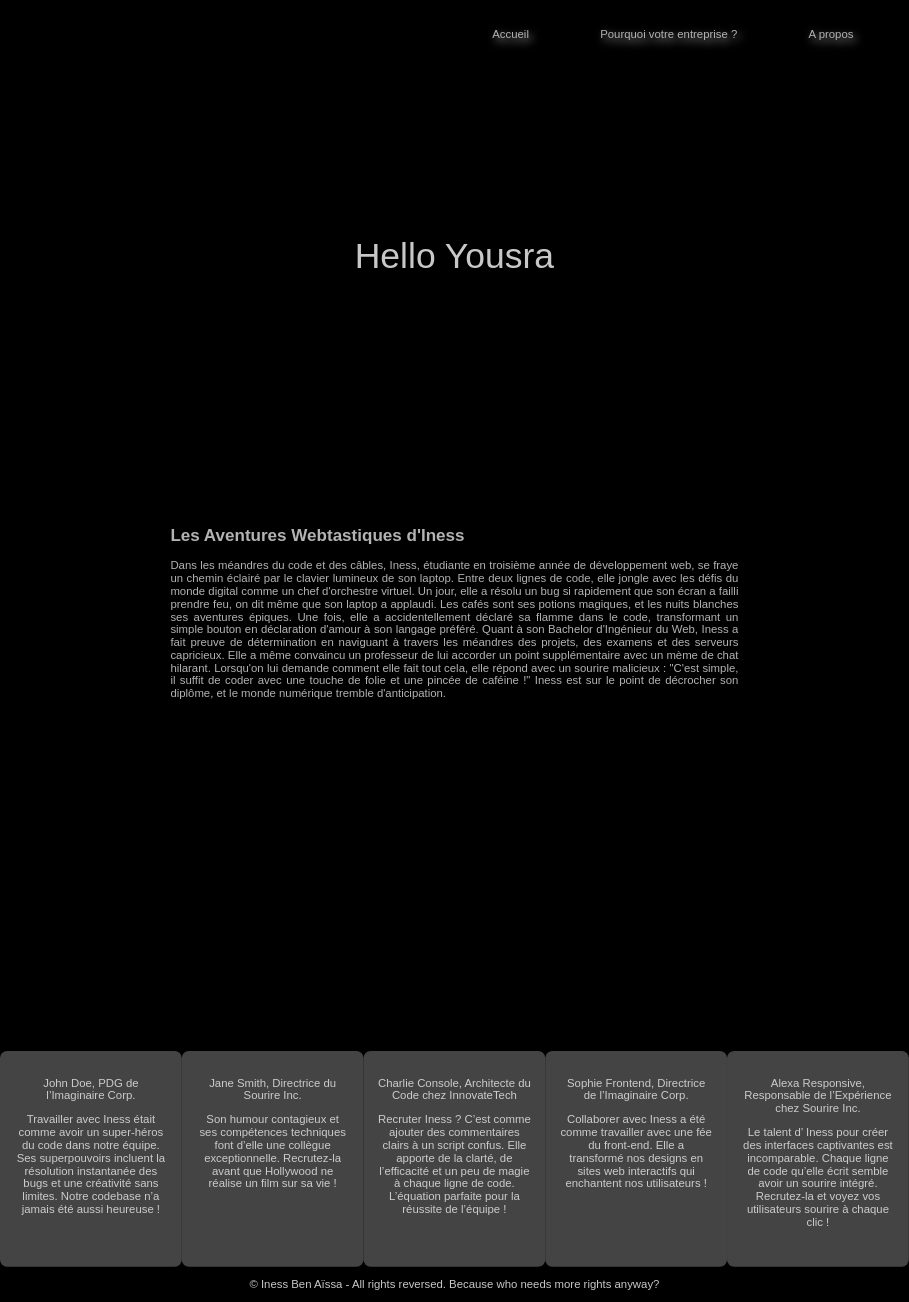
Repository: inessben/application
Page: index.html
These files come from the project's save history. The page is drawn as it stood at one moment and after the next save; the edit follows.
The browser window is 1280 px wide. The pictures show the whole page, at 71% of full size.

Above is the page before, as saved 2023-12-03 20:21:45.

### index.html
<!DOCTYPE html>
<html lang="en">
<head>
    <meta charset="UTF-8">
    <meta name="viewport" content="width=device-width, initial-scale=1.0">
    <!-- generate the icon -->
    <link rel="apple-touch-icon" sizes="180x180" href="/favicon/apple-touch-icon.png">
    <link rel="icon" type="image/png" sizes="32x32" href="/favicon/favicon-32x32.png">
    <link rel="icon" type="image/png" sizes="16x16" href="/favicon/favicon-16x16.png">
    <link rel="manifest" href="/favicon/site.webmanifest">
    <link rel="mask-icon" href="/favicon/safari-pinned-tab.svg" color="#5bbad5">
    <meta name="msapplication-TileColor" content="#da532c">
    <!--  -->
    <meta name="theme-color" content="#333333">
    <title>#slowlyApplication</title>
    <link rel="stylesheet" href="index.css">
</head>
<body>

    <section id="nav-header">
        <header class="nav-links">
            <a href="./index.html" class="link">Accueil</a>
            <a href="./company/company.html" class="link">Pourquoi votre entreprise ?</a>
            <a href="./about/about.html" class="link">A propos</a>
        </header>
    </section>

    <section id="interactive-section">
    <p id="text-content">Hello Yousra</p>
    </section>

    <section id="main-content">
        <h1>Les Aventures Webtastiques d'Iness</h1>
        <p>Dans les méandres du code et des câbles, Iness, étudiante en troisième année de développement web, se fraye un chemin éclairé par le clavier lumineux de son laptop. Entre deux lignes de code, elle jongle avec les défis du monde digital comme un chef d'orchestre virtuel. Un jour, elle a résolu un bug si rapidement que son écran a failli prendre feu, on dit même que son laptop a applaudi. Les cafés sont ses potions magiques, et les nuits blanches ses aventures épiques. Une fois, elle a accidentellement déclaré sa flamme dans le code, transformant un simple bouton en déclaration d'amour à son langage préféré.
        Quant à son Bachelor d'Ingénieur du Web, Iness a fait preuve de détermination en naviguant à travers les méandres des projets, des examens et des serveurs capricieux. Elle a même convaincu un professeur de lui accorder un point supplémentaire avec un mème de chat hilarant. Lorsqu'on lui demande comment elle fait tout cela, elle répond avec un sourire malicieux : "C'est simple, il suffit de coder avec une touche de folie et une pincée de caféine !" Iness est sur le point de décrocher son diplôme, et le monde numérique tremble d'anticipation.</p>
    </section>

    <section id="carousel-container">
        <section id="testimonial1">
            <p>John Doe, PDG de l’Imaginaire Corp.</p>
            <p>Travailler avec Iness était comme avoir un super-héros du code dans notre équipe. Ses superpouvoirs incluent la résolution instantanée des bugs et une créativité sans limites. Notre codebase n’a jamais été aussi heureuse !</p>
        </section>

        <section id="testimonial2">
            <p>Jane Smith, Directrice du Sourire Inc.</p>
            <p>Son humour contagieux et ses compétences techniques font d’elle une collègue exceptionnelle. Recrutez-la avant que Hollywood ne réalise un film sur sa vie !</p>
        </section>

        <section id="testimonial3">
            <p>Charlie Console, Architecte du Code chez InnovateTech</p>
            <p>Recruter Iness ? C’est comme ajouter des commentaires clairs à un script confus. Elle apporte de la clarté, de l’efficacité et un peu de magie à chaque ligne de code. L’équation parfaite pour la réussite de l’équipe !</p>
        </section>

        <section id="testimonial4">
            <p>Sophie Frontend, Directrice de l’Imaginaire Corp.</p>
            <p>Collaborer avec Iness a été comme travailler avec une fée du front-end. Elle a transformé nos designs en sites web interactifs qui enchantent nos utilisateurs !</p>
        </section>

        <section id="testimonial5">
            <p>Alexa Responsive, Responsable de l’Expérience chez Sourire Inc.</p>
            <p>Le talent d’ Iness pour créer des interfaces captivantes est incomparable. Chaque ligne de code qu’elle écrit semble avoir un sourire intégré. Recrutez-la et voyez vos utilisateurs sourire à chaque clic !</p>
        </section>

        <section id="testimonial6">
            <p>Ethan Design, Artisan du Code chez Codeville</p>
            <p>Iness est l’architecte de notre esthétique numérique. Ses compétences front-end transforment nos idées en expériences visuelles mémorables. Ses animations en front-end ajoutent une dimension magique à nos projets. Elle a l’art de faire bouger les pixels !</p>
        </section>
        </section>

        <footer>
            <p>© Iness Ben Aïssa - All rights reversed. Because who needs more rights anyway?</p>
        </footer>


    <script src="script.js"></script>
</body>
</html>

### index.css
body {
    margin: 0;
    /* overflow: hidden; */
    font-family: 'Arial', sans-serif;
    background-color: #000000;
    color: #c8c8c8;
    padding: 0;
}

#nav-header {
    position: absolute;
    top: 30px;
    right: 20px;
    font-size: 16px;
    font-weight: 500;
    padding: 10px;
}

.link {
    filter: drop-shadow(4px 5px 6px #b2b1b1);
    padding: 8px;
    text-decoration: none;
    color: #b3b3b3;
    margin: auto 40px;
}

.link:hover {
    opacity: 0.7;
}

#interactive-section {
    height: 100vh;
    font-size: 50px;
    display: flex;
    align-items: center;
    justify-content: center;
    background-color: #000000;
    transition: opacity 0.5s ease-in-out;
}

#main-content {
    z-index: 99;
    height: 100vh;
    top: -200px;
    color: #b3b3b3;
    max-width: 800px;
    margin: 20px auto;
    text-align: justify;
    padding: 0 20px;
    transition: opacity 0.5s ease-in-out;
}

#testimonial1,
#testimonial2,
#testimonial3,
#testimonial4,
#testimonial5,
#testimonial6 {
    min-width: 20vw;
    background: #565656;
    border-radius: 20px;
    margin 5px
    scroll-snap-align: start;
    padding: 20px;
    box-sizing: border-box;
    color: #fff;
    border-radius: 10px;
    text-align: center;
    opacity: 0.8;
    }

    #carousel-container {
    display: flex;
    overflow-x: auto;
    scroll-snap-type: x mandatory;
    -webkit-overflow-scrolling: touch; /* Pour un défilement plus fluide sur les appareils iOS */
    }

footer{
    display: flex;
    align-items: center;
    justify-content: center;
}

### script.js
const textContent = document.getElementById('text-content')
const interactiveSection = document.getElementById('interactive-section')
const mainContent = document.getElementById('main-content')
const h1Element = document.querySelector('#main-content h1')
const pElement = document.querySelector('#main-content p')

document.addEventListener('keydown', function (event) {
    if (event.code === 'Space') {
        switch (textContent.innerText) {
            case 'Hello Yousra':
                textContent.innerText = 'Hello Yasmine'
                break
            case 'Hello Yasmine':
                textContent.innerText = 'Hello Chi Khanh'
                break
            case 'Hello Chi Khanh':
                textContent.innerText = '...Or anyone else from the team'
                break
            case '...Or anyone else from the team':
                textContent.innerText = 'Let me present you...'
                break
            default:
                console.log('mainContent')
                interactiveSection.style.opacity = '0'
                interactiveSection.style.pointerEvents = 'none'
                // mainContent.classList.add('display')
                break
        }

        setTimeout(() => {
            mainContent.style.opacity = '1'
            h1Element.style.opacity = '1'
            pElement.style.opacity = '1'
        }, 300) // Ajustez le délai si nécessaire
    }
});

After the next save:
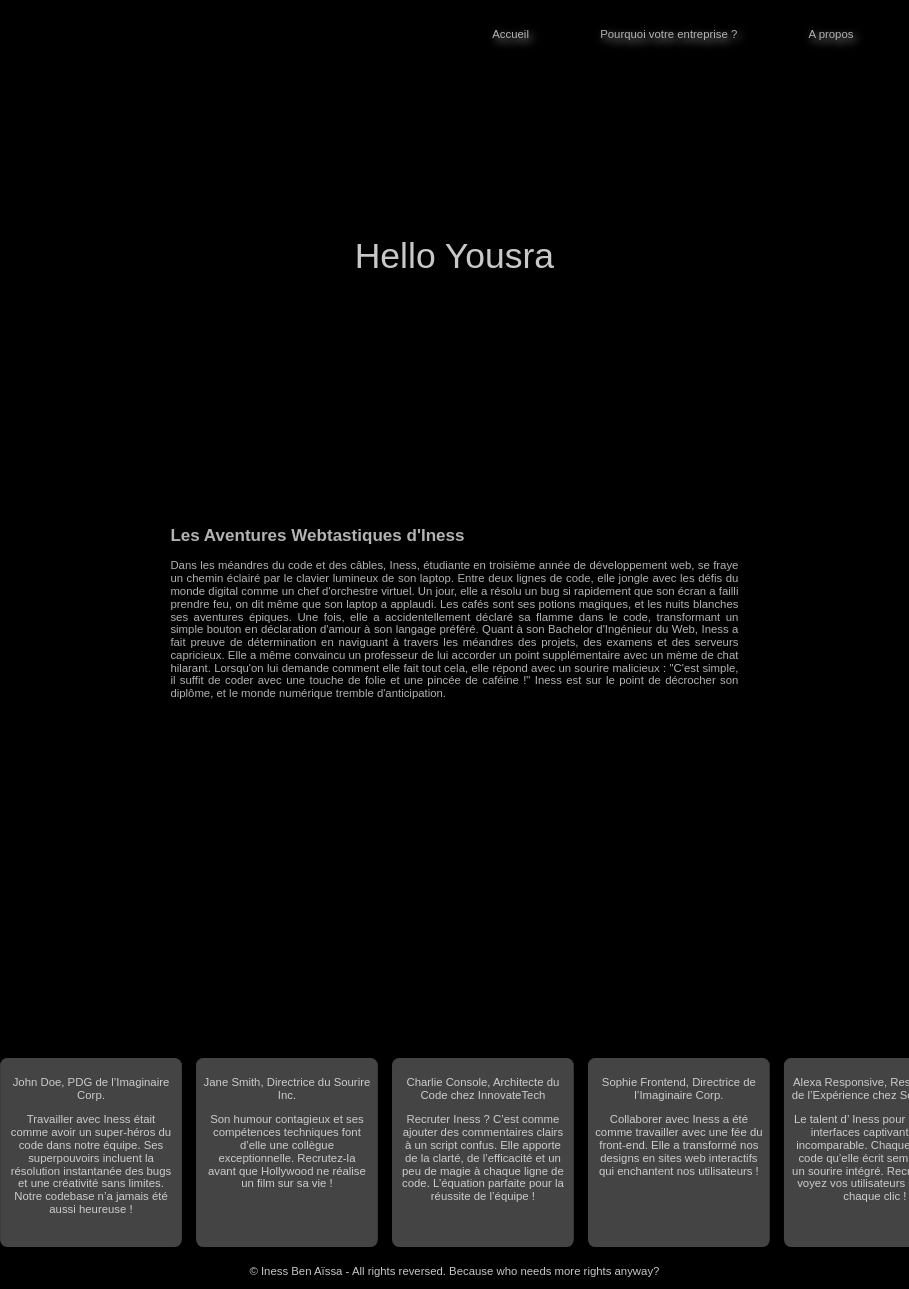
Saved 11 s later.
--- a/index.css
+++ b/index.css
@@ -59,9 +59,9 @@ body {
     min-width: 20vw;
     background: #565656;
     border-radius: 20px;
-    margin 5px
+    margin: 10px;
     scroll-snap-align: start;
-    padding: 20px;
+    padding: 10px;
     box-sizing: border-box;
     color: #fff;
     border-radius: 10px;
